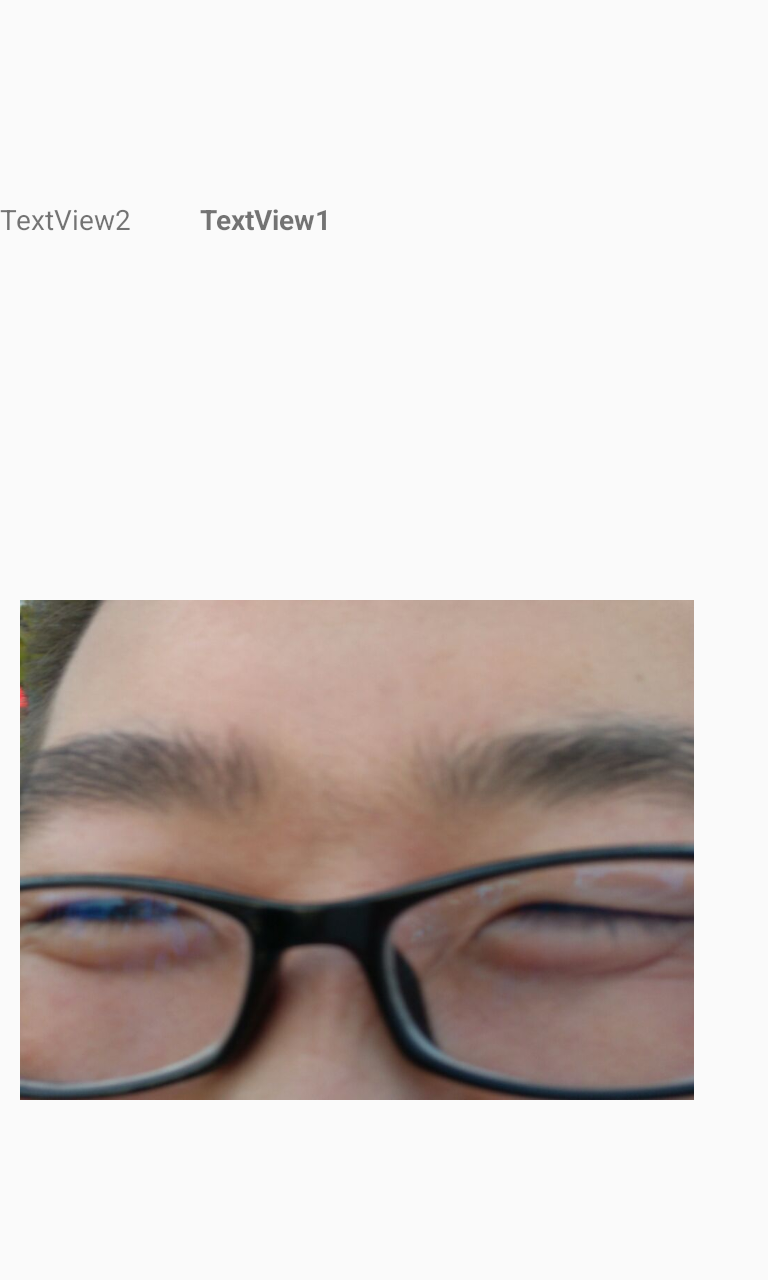
Repository: mjchow/qiuyi
Layout: demo1/res/layout/activity_main.xml
These files come from the project's save history. The layout is drawn as it stood at one moment and after a run of saves; the edit follows.
It is drawn on a 768 x 1280 px phone screen (xhdpi) without system bars, with theme AppTheme; the app's code is not run.

Above is the layout before, as saved 2014-12-25 16:07:34.

After the next 2 saves:
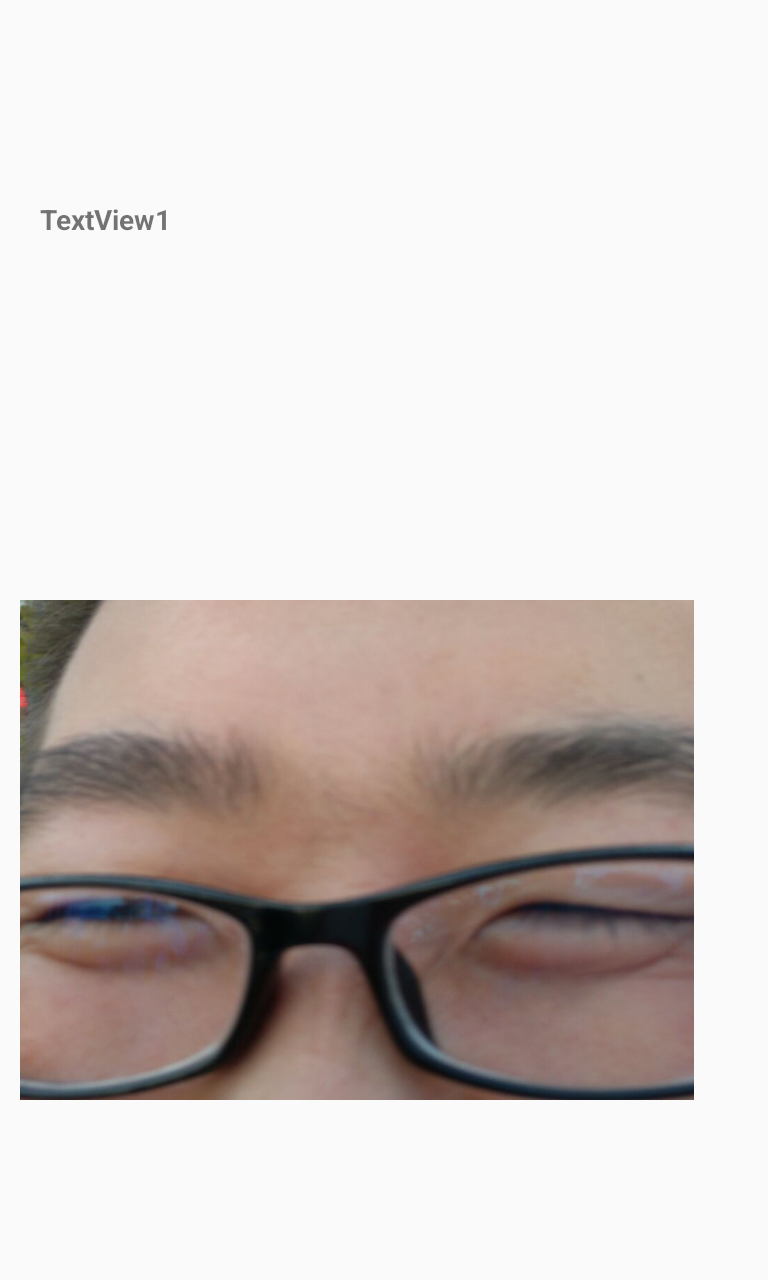
The 2 saves are shown as one change because they came seconds apart.
The last was saved 57 s later.
--- a/demo1/res/layout/activity_main.xml
+++ b/demo1/res/layout/activity_main.xml
@@ -18,16 +18,17 @@
         android:id="@+id/textView1"
         android:layout_width="wrap_content"
         android:layout_height="wrap_content"
-        android:layout_marginLeft = "100dp"
+        android:layout_marginLeft = "20dp"
         android:layout_marginTop = "100dp"
         android:textStyle="bold"
         android:text="TextView1" />
 
-    <TextView
+    <!--  <TextView
         android:id="@+id/textView2"
         android:layout_marginTop="100dp"
         android:layout_width="wrap_content"
         android:layout_height="wrap_content"
         android:text="TextView2" />
+        -->
 
 </FrameLayout>
